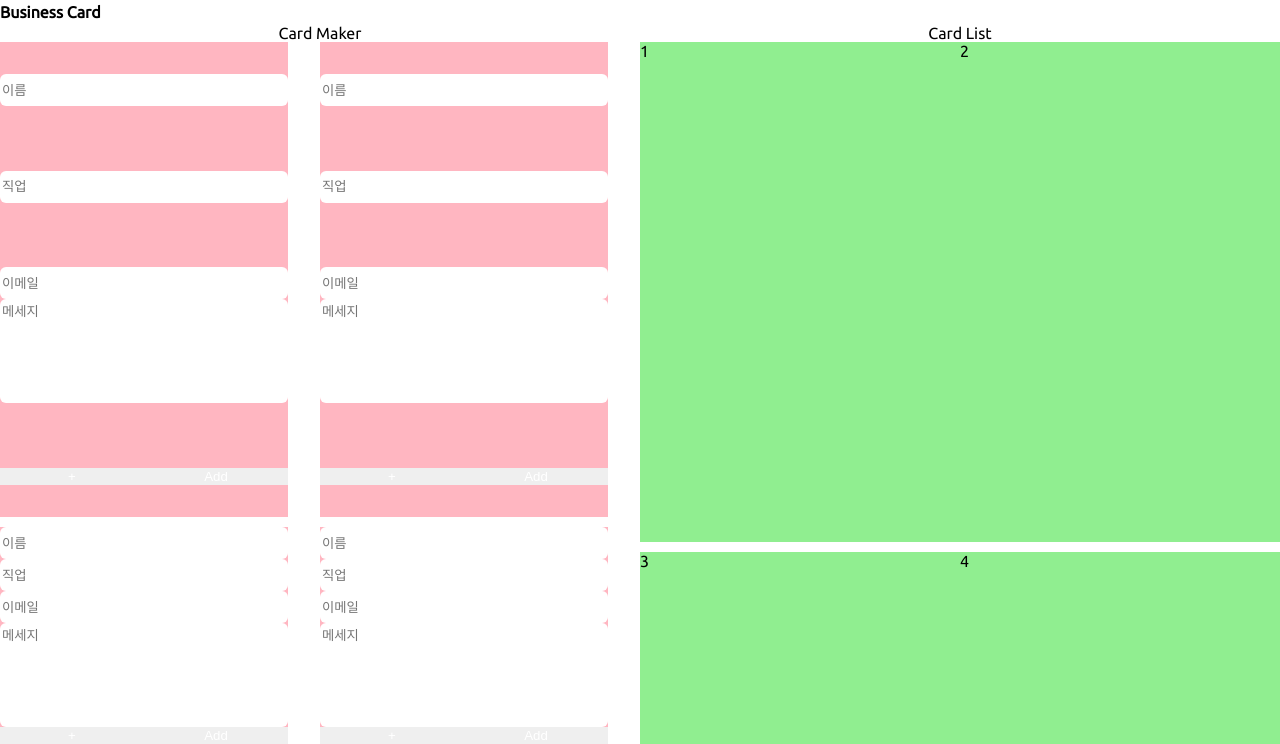
Repository: momo0170/react_businesscard
Page: /main
An editor plug-in stored every save of this project. The page is shown before and after the next save, followed by the edit.
The browser window is 1280 px wide. The pictures show the whole page.
The page's requests for data from a server got no answer. The project was rebuilt for these pictures with package versions that can differ from the ones it lists, and the page was loaded fresh each time. No one was signed in, and anything a server would have sent is missing. Also part of the build but not shown: src/css/login.module.css, src/route/login.jsx.

Above is the page before, as saved 2022-08-14 21:31:29.

After the next save:
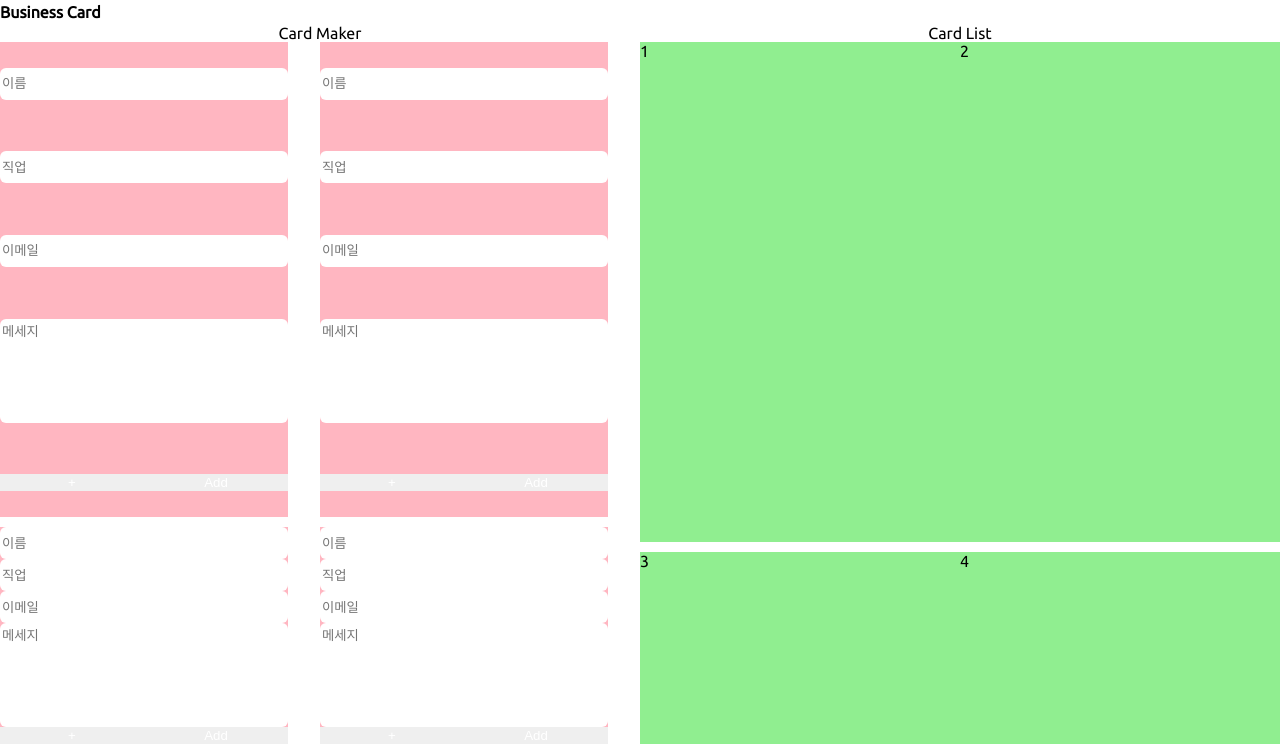
Saved 13 min 59 s later.
--- a/src/components/cardMaker.jsx
+++ b/src/components/cardMaker.jsx
@@ -5,10 +5,10 @@ function CardMaker() {
     <div className={styles.frame}>
       <input className={styles.name} placeholder="이름" />
       <input className={styles.job} placeholder="직업" />
-      <div className={styles.emailAndMessage}>
-        <input className={styles.email} placeholder="이메일" />
-        <textarea className={styles.message} placeholder="메세지" />
-      </div>
+      {/* <div className={styles.emailAndMessage}> */}
+      <input className={styles.email} placeholder="이메일" />
+      <textarea className={styles.message} placeholder="메세지" />
+      {/* </div> */}
       <div className={styles.btns}>
         <button className={styles.photoBtn}>+</button>
         <button className={styles.addBtn}>Add</button>
